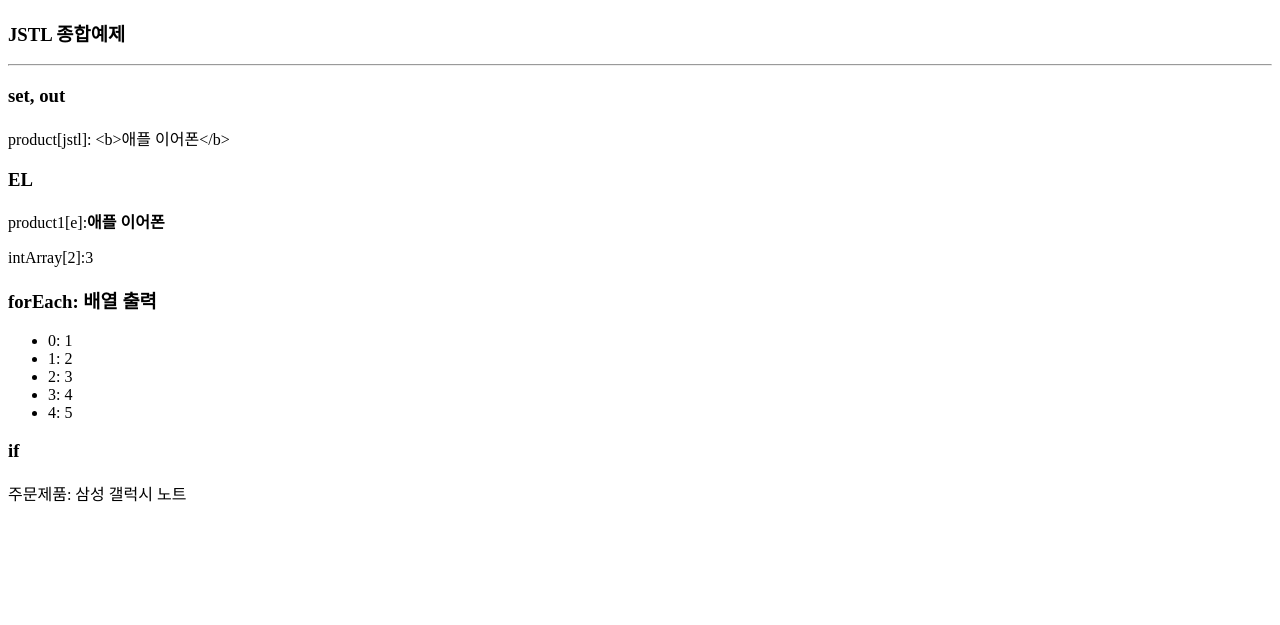
Repository: Hwater00/JSP-practice
Page: http://localhost/jwbook/ch07/jstlExam.jsp
An editor plug-in stored every save of this project. The page is shown before and after the next save, followed by the edit.
The browser window is 1280 px wide. The pictures show the whole page.
The page is served by Tomcat 9. Other server files are loaded and not shown.

Above is the page before, as saved 2023-07-31 02:37:23.

### javaWorkspace/jwbook/src/main/webapp/ch07/jstlExam.jsp
<%@ page language="java" contentType="text/html; charset=UTF-8" pageEncoding="UTF-8"%>
<%@ taglib uri="http://java.sun.com/jsp/jstl/core" prefix="c" %>

<!DOCTYPE html>
<html>
<head>
<meta charset="UTF-8">
<title>종합예제</title>
</head>
<body>
<h3>JSTL 종합예제</h3>
<hr>
    <h3>set, out</h3>
    <c:set var="product1" value="<b>애플 이어폰</b>" />
    <c:set var="product2" value="삼성 갤럭시 노트" />
     <c:set var="intArray" value="${[1,2,3,4,5]}" />

    <p>
    product[jstl]:
    <c:out value="${product1}" default="Not register" escapeXml="true" />
    </p>

    <h3>EL </h3>
    <p>product1[e]:${product1}</p>
    <p>intArray[2]:${intArray[2]}</p>


    <h3>forEach: 배열 출력</h3>
	<ul>
    <c:forEach var="num" varStatus="i" items="${intArray}">
        <li>${i.index}: ${num}</li>
    </c:forEach>
	</ul>

	<h3>if</h3>
		<c:set var="checkout" value="true" />
		<c:if test="${checkout}">
		    <p>주문제품: ${product2}</p>
		</c:if>
		<c:if test="${!checkout}">
		    <p>주문제품이 아님</p>
		</c:if>

</body>
</html>

After the next save:
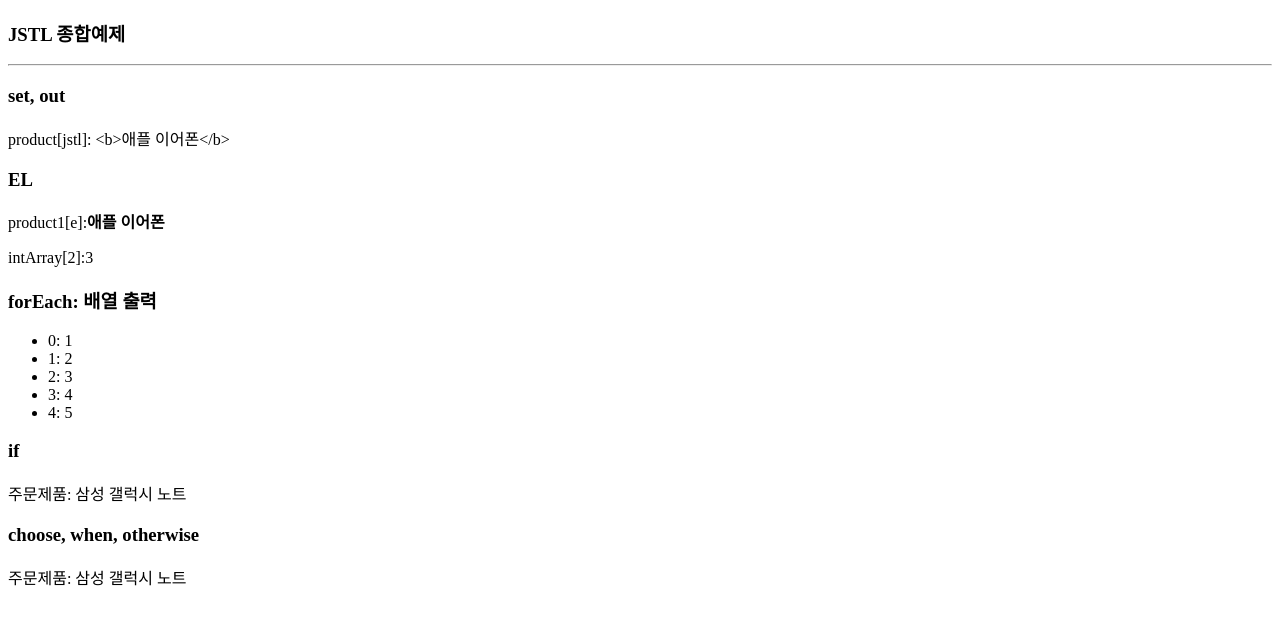
Saved 9 min 22 s later.
--- a/javaWorkspace/jwbook/src/main/webapp/ch07/jstlExam.jsp
+++ b/javaWorkspace/jwbook/src/main/webapp/ch07/jstlExam.jsp
@@ -41,5 +41,14 @@
 		    <p>주문제품이 아님</p>
 		</c:if>
 
+ 	<h3>choose, when, otherwise</h3>
+ 	<c:choose>
+ 		<c:when test="${checkout}">
+ 			<p>주문제품: ${product2}</p>
+ 		</c:when>
+ 		<c:otherwise>
+ 			<p>주문제품이 아님!</p>
+ 		</c:otherwise>
+ 	</c:choose>
 </body>
 </html>
